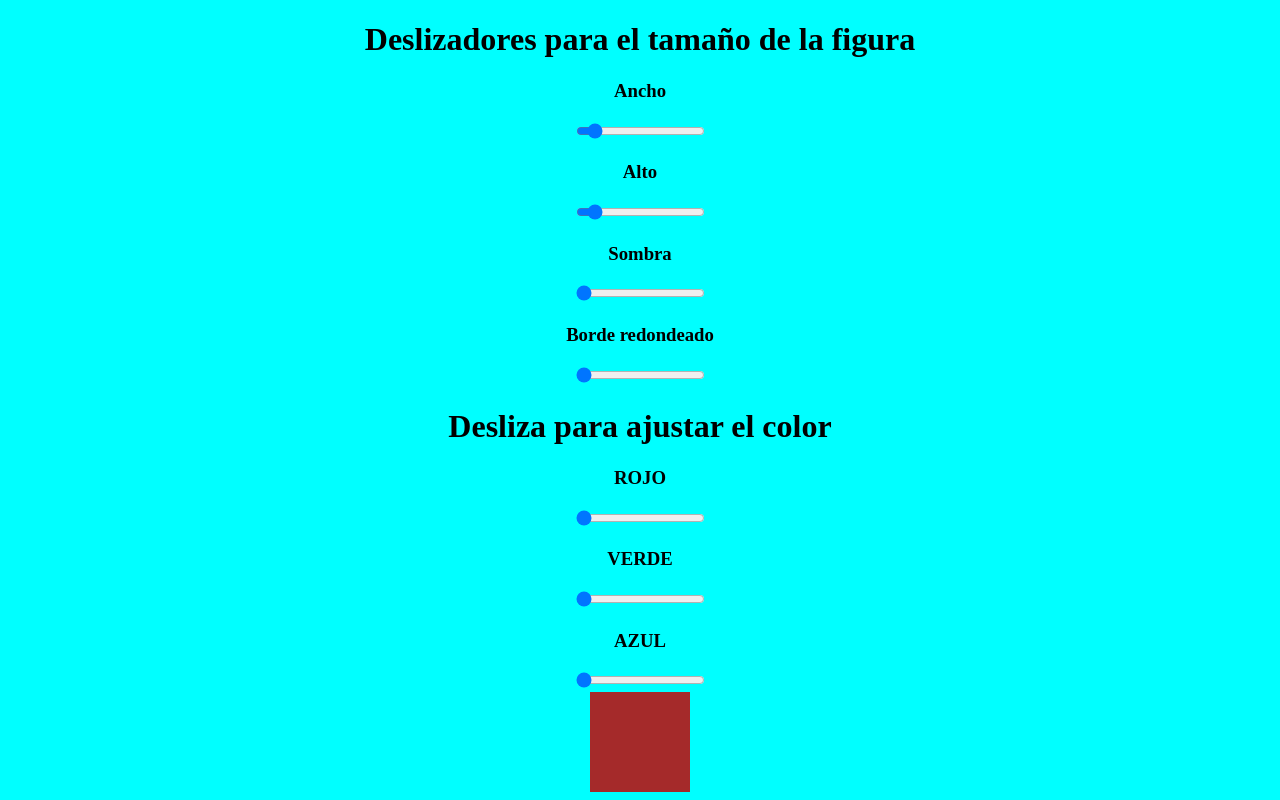
Repository: Kevin8548/Ejercicios-DOM
Page: Deslizador.html
These files come from the project's save history. The page is drawn as it stood at one moment and after the next save; the edit follows.
The browser window is 1280 px wide. The pictures show the whole page.

Above is the page before, as saved 2024-10-08 12:07:20.

### Deslizador.html
<!DOCTYPE html>
<html lang="es">
<head>
    <meta charset="UTF-8">
    <meta name="viewport" content="width=device-width, initial-scale=1.0">
    <title>Deslizadores</title>
    <link rel="stylesheet" href="deslizadores.css">
</head>
<body>
    <h1>Deslizadores para el tamaño de la figura</h1>
    <div>
        <h3>Ancho</h3>
        <input type="range" id="sliderAncho" min="0" max="1000" value="100" step="1">
        <h3>Alto</h3>
        <input type="range" id="sliderAlto" min="0" max="1000" value="100" step="1">
        <h3>Sombra</h3>
        <input type="range" id="sliderSombra" min="0" max="500" value="0" step="1">
        <h3>Borde redondeado</h3>
        <input type="range" id="sliderEsquina" min="0" max="50" value="0" step="1">

        <h1>Desliza para ajustar el color</h1>
        <h3>ROJO</h3>
        <input type="range" id="Rojo" min="0" max="255" value="0" step="1" oninput="nuevoColor()">
        <span id="RojoValue"></span>
        <h3>VERDE</h3>
        <input type="range" id="Verde" min="0" max="255" value="0" step="1" oninput="nuevoColor()">
        <span id="VerdeValue"></span>
        <h3>AZUL</h3>
        <input type="range" id="Azul" min="0" max="255" value="0" step="1" oninput="nuevoColor()">
        <span id="AzulValue"></span>
        </div>
        <div class="div"></div>

    <script src="./colorsbg/deslizador.js"></script>
</body>
</html>

### deslizadores.css
body {
    background-color: aqua;
    text-align: center;
}

.div {
    width: 100px;
    height: 100px;
    background-color: brown;
    margin: 0 auto;
}

### colorsbg/deslizador.js
const sliderAncho = document.getElementById('sliderAncho');
const sliderAlto = document.getElementById('sliderAlto');
const sliderBorde = document.getElementById('sliderBorde');
const sliderSombra = document.getElementById('sliderSombra');
const sliderEsquina = document.getElementById('sliderEsquina');
const div = document.querySelector('.div');

sliderAncho.addEventListener('input', function() {
    const nuevoAncho = sliderAncho.value + 'px';
    div.style.width = nuevoAncho;
});

sliderAlto.addEventListener('input', function() {
    const nuevoAlto = sliderAlto.value + 'px';
    div.style.height = nuevoAlto;
});

sliderSombra.addEventListener('input', function() {
    const sombra = sliderSombra.value + 'px';
    div.style.boxShadow = `0 0 ${sombra} rgba(0, 0, 0, 1)`;
});

sliderEsquina.addEventListener('input', function() {
    div.style.borderRadius = `${sliderEsquina.value}px`;


    function nuevoColor() {
        const Rojo = document.getElementById('Rojo').value;
        const Verde = document.getElementById('Verde').value;
        const Azul = document.getElementById('Azul').value;
        const Transparencia = document.getElementById('Transparencia').value;

        document.body.style.div = `rgb(${Rojo}, ${Verde}, ${Azul}, ${Transparencia})`;
    }

});

After the next save:
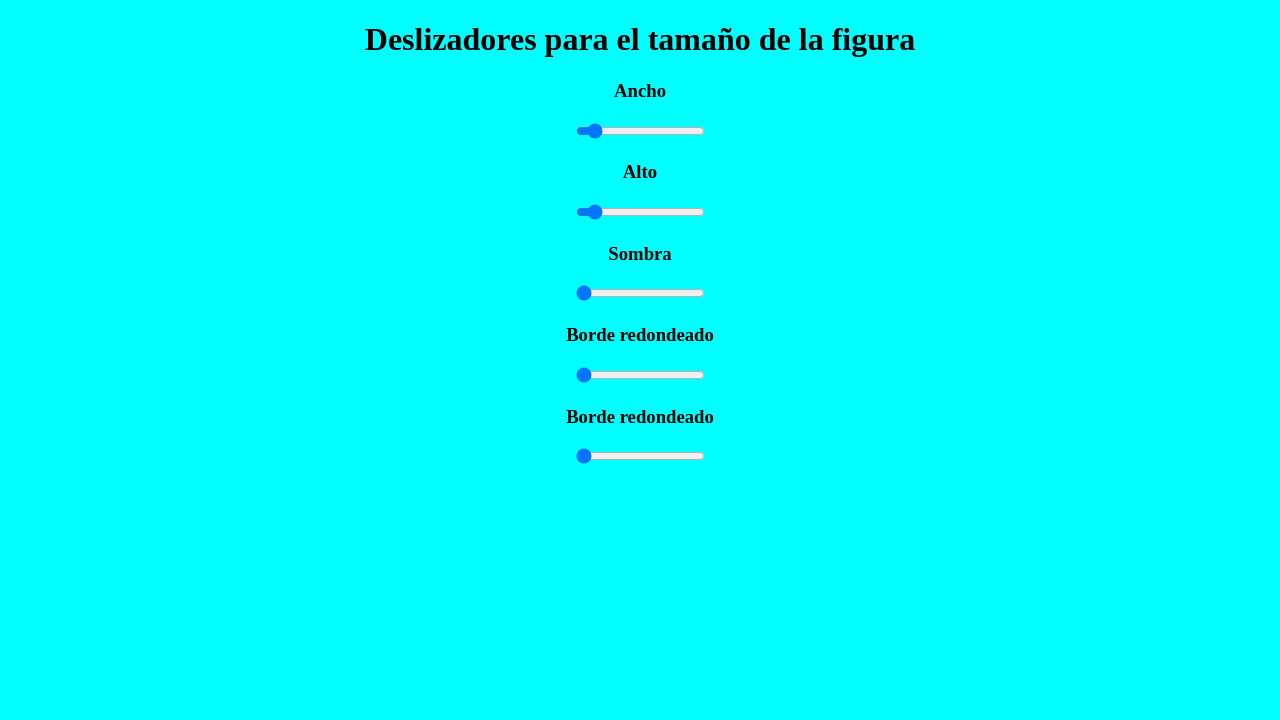
Saved 3 min 40 s later.
--- a/Deslizador.html
+++ b/Deslizador.html
@@ -18,18 +18,8 @@
         <h3>Borde redondeado</h3>
         <input type="range" id="sliderEsquina" min="0" max="50" value="0" step="1">
 
-        <h1>Desliza para ajustar el color</h1>
-        <h3>ROJO</h3>
-        <input type="range" id="Rojo" min="0" max="255" value="0" step="1" oninput="nuevoColor()">
-        <span id="RojoValue"></span>
-        <h3>VERDE</h3>
-        <input type="range" id="Verde" min="0" max="255" value="0" step="1" oninput="nuevoColor()">
-        <span id="VerdeValue"></span>
-        <h3>AZUL</h3>
-        <input type="range" id="Azul" min="0" max="255" value="0" step="1" oninput="nuevoColor()">
-        <span id="AzulValue"></span>
-        </div>
-        <div class="div"></div>
+        <h3>Borde redondeado</h3>
+        <input type="range" id="sliderEsquina" min="0" max="50" value="0" step="1">
 
     <script src="./colorsbg/deslizador.js"></script>
 </body>
